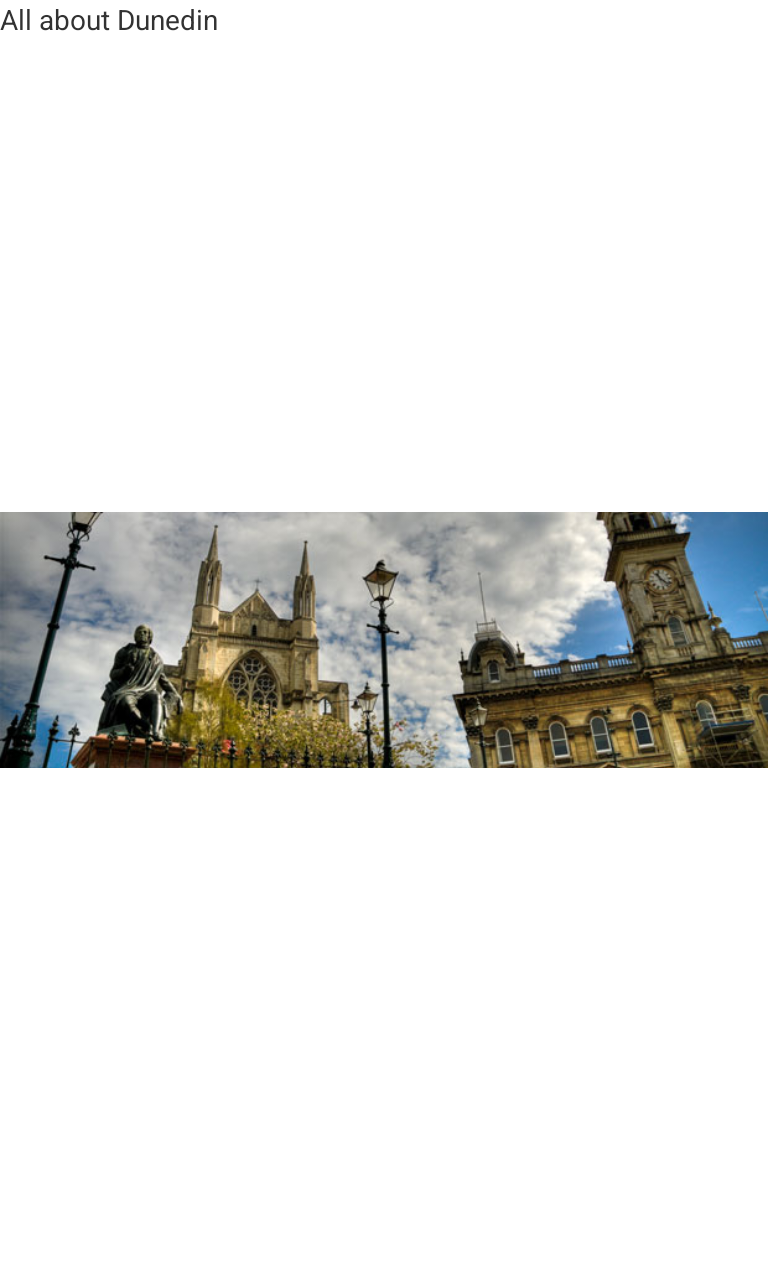
Repository: sam-stewart/in721
Layout: NavListView/res/layout/activity_main.xml
The author's editor kept a copy of each file at every save. The layout is drawn from the files as they stood at one save, then again after the next save.
It is drawn on a 768 x 1280 px phone screen (xhdpi) without system bars, with theme AppTheme; the app's code is not run. Lists and similar views that code fills are empty.

Above is the layout before, as saved 2015-03-12 03:37:51.

### NavListView/res/layout/activity_main.xml
<android.support.v4.widget.DrawerLayout
    xmlns:android="http://schemas.android.com/apk/res/android"
    android:layout_width="match_parent"
    android:layout_height="match_parent" >

    <TextView
        android:id="@+id/textView"
        android:layout_width="wrap_content"
        android:layout_height="wrap_content"
        android:text="All about Dunedin" />

    <ImageView
        android:id="@+id/imageView1"
        android:layout_width="match_parent"
        android:layout_height="100dp"
        android:layout_below="@id/textView"
        android:contentDescription="header"
        android:src="@drawable/octagon" />

    <ListView
        android:id="@+id/left_drawer"
        android:layout_width="150dp"
        android:layout_height="match_parent"
        android:layout_gravity="start"
        android:choiceMode="singleChoice"
        android:divider="@android:color/transparent"
        android:dividerHeight="0dp"
        android:background="#111"
        />

</android.support.v4.widget.DrawerLayout>

Loaded but not shown: NavListView/res/values/styles.xml (common file); NavListView/res/values-v11/styles.xml (common file); NavListView/res/values-v14/styles.xml (common file)

After the next save:
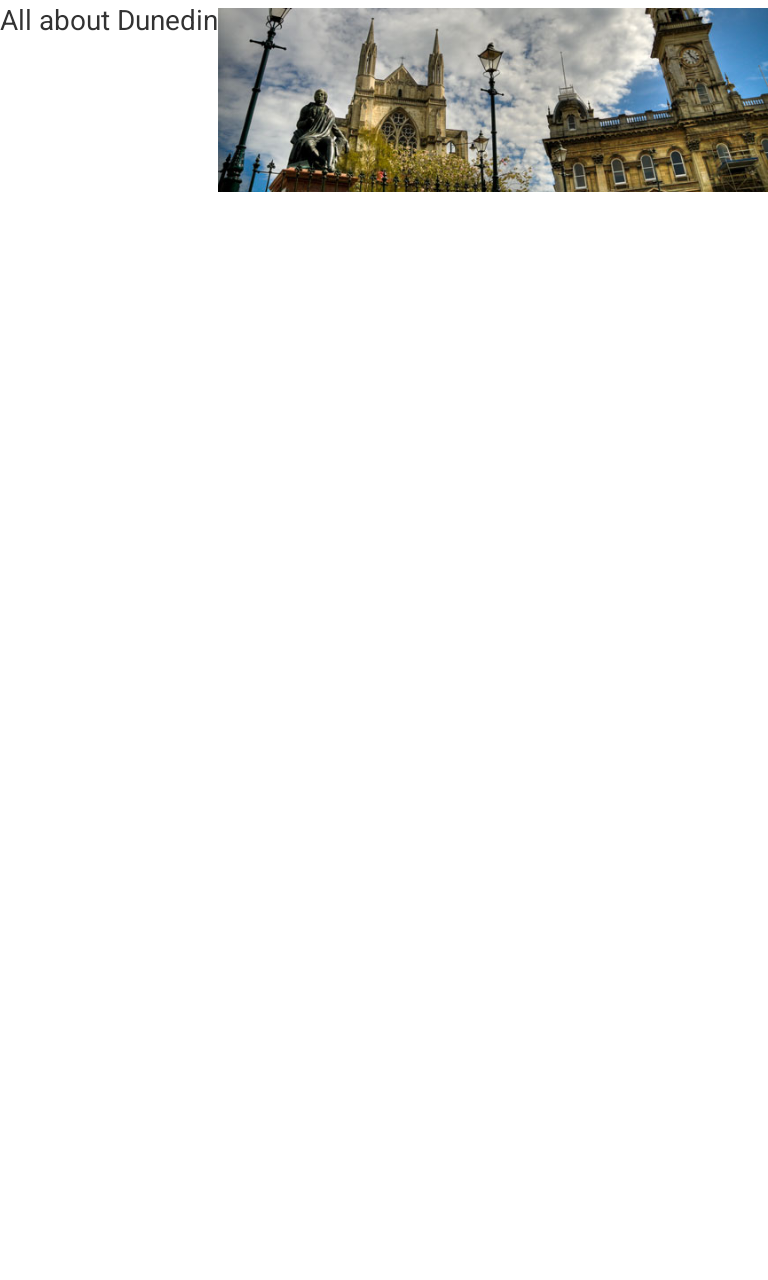
Saved 6 min 16 s later.
--- a/NavListView/res/layout/activity_main.xml
+++ b/NavListView/res/layout/activity_main.xml
@@ -3,19 +3,21 @@
     android:layout_width="match_parent"
     android:layout_height="match_parent" >
 
-    <TextView
-        android:id="@+id/textView"
-        android:layout_width="wrap_content"
-        android:layout_height="wrap_content"
-        android:text="All about Dunedin" />
+    <LinearLayout >
+    		<TextView
+        		android:id="@+id/textView"
+        		android:layout_width="wrap_content"
+        		android:layout_height="wrap_content"
+        		android:text="All about Dunedin" />
 
-    <ImageView
-        android:id="@+id/imageView1"
-        android:layout_width="match_parent"
-        android:layout_height="100dp"
-        android:layout_below="@id/textView"
-        android:contentDescription="header"
-        android:src="@drawable/octagon" />
+    		<ImageView
+       		android:id="@+id/imageView1"
+        		android:layout_width="match_parent"
+        		android:layout_height="100dp"
+        		android:layout_below="@id/textView"
+        		android:contentDescription="header"
+        		android:src="@drawable/octagon" />
+     </LinearLayout>
 
     <ListView
         android:id="@+id/left_drawer"
